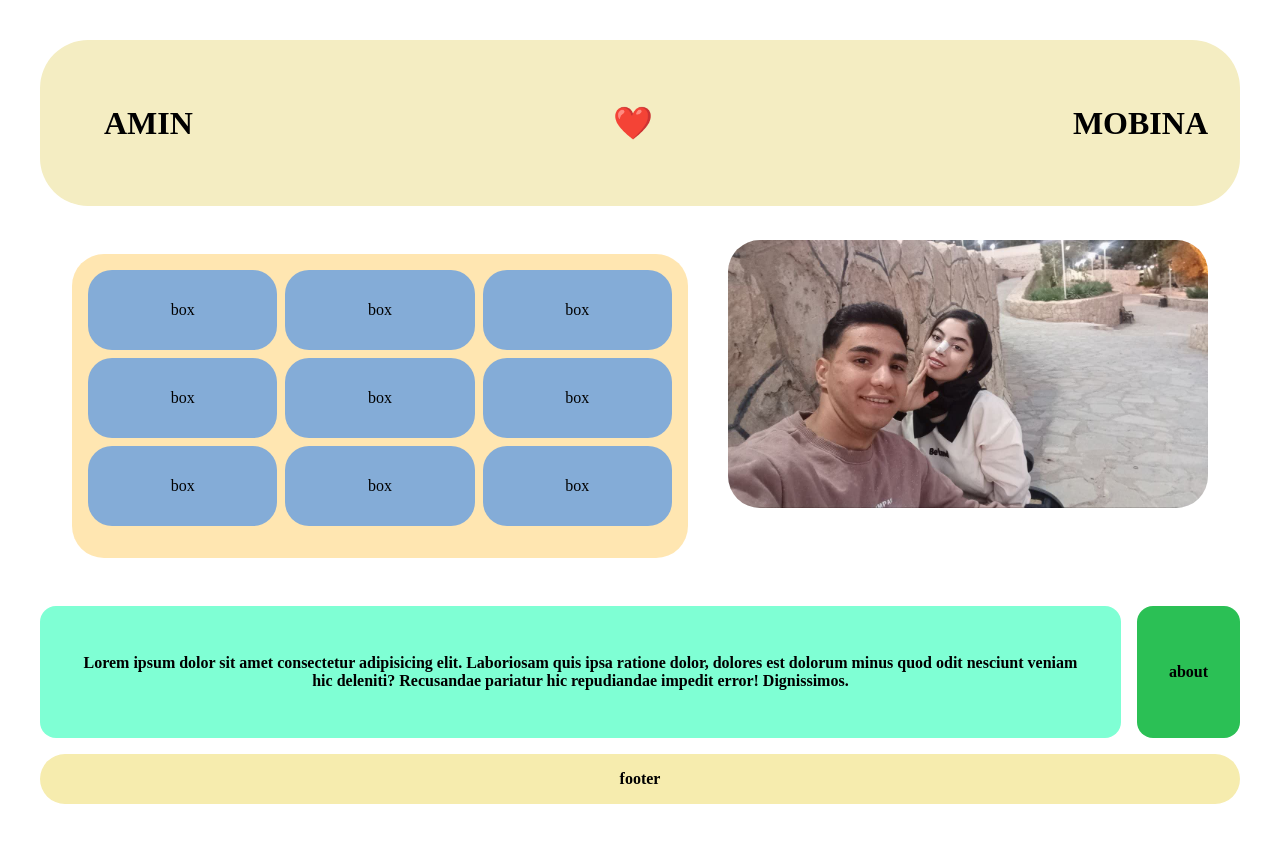
Repository: aminsheikhan/amins-github
Page: ui1.html
An editor plug-in stored every save of this project. The page is shown before and after the next save, followed by the edit.
The browser window is 1280 px wide. The pictures show the whole page.

Above is the page before, as saved 2026-01-07 17:59:18.

### ui1.html
<!DOCTYPE html>
<html lang="en">

<head>
    <meta charset="UTF-8">
    <meta name="viewport"">
    <title>Css Position</title>
    <link rel="stylesheet" href="./ui1.css">

</head>

<body>
    <header class="header">

        <!-- <navbar class="navbar">
            <a href="#">Home</a>
            <a href="#">Courses</a>
            <a href="#">About Me</a>

        </navbar> -->

        <h1 class="Brand">AMIN</h1>
        <h3 class="haert">❤️</h3>
        <h2 class="navbar">MOBINA</h2>

    </header>

    <div class="main">

        <div class="content">
            <div class="course-list">

                <div class="box"><span>box</span></div>
                <div class="box"><span>box</span></div>
                <div class="box"><span>box</span></div>
                <div class="box"><span>box</span></div>
                <div class="box"><span>box</span></div>
                <div class="box"><span>box</span></div>
                <div class="box"><span>box</span></div>
                <div class="box"><span>box</span></div>
                <div class="box"><span>box</span></div>

            </div>
        </div>
        <div class="sidebar">
            <!-- <span>sidebar</span> -->
            <img class="imgg"  src="one.png" alt="hourseoto">

        </div>

    </div>

    <div class="main-second">
        <div class="intro-box">
            <span>about</span>
        </div>

        <div class="about-section">
            <p>Lorem ipsum dolor sit amet consectetur adipisicing elit. Laboriosam quis ipsa ratione dolor, dolores est dolorum minus quod odit nesciunt veniam hic deleniti? Recusandae pariatur hic repudiandae impedit error! Dignissimos.</p>

        </div>

    </div>

    <div class="footer">
        <span>footer</span>
    </div>

</body>

</html>

### ui1.css
html {
    font-size: 100%;
}

body{
    padding: 2rem;
}

.header {
    background-color:#f4edc2 ;
    border-radius: 3rem;
    margin-bottom: 1rem;
    padding: 2rem;
    display: flex;
    align-items: center;
    justify-content: space-between;
}

.header .Brand {
    font-weight: bold;
    font-size: 2rem;
    margin-left: 2rem;
}

.header .haert{
    font-weight: bold;
    font-size: 2rem;
    margin-left: 2rem;
}

.header .navbar {
    font-weight: bold;
    font-size: 2rem;
    margin-left: 2rem;
}

.main {

    padding: 2rem;
    margin-bottom: 1rem;
    border-radius: 3rem;
    display: flex;
    gap: 2.5rem;
}

.sidebar{
    background-color: #2bc055;
    flex-basis: 30%;
    display: flex;
    justify-content: center;
    align-items: center;
    font-size: 1rem;
    font-weight: bold;
    border-radius: 2rem;
    max-width: 30rem;
    max-height: 15rem;
}

.content{
    background-color: rgba(255, 223, 155, 0.779);
    padding: 1rem;
    flex-basis: 70%;
    border-radius: 2rem;
}

.content .course-list{

    flex-wrap: wrap ;
    margin-bottom: 1rem;
    display: flex;
    gap: 0.5rem;
}

.content .course-list .box{
    background-color: rgba(0, 110, 255, 0.483);
    flex-grow: 1;
    display: flex;
    justify-content: center;
    align-items: center;
    height: 5rem;
    border-radius: 1.5rem;
    flex-basis: calc(33.33% - 0.5rem);
}

.main-second {

    margin-bottom: 1rem;
    display: flex;
    flex-direction: row-reverse;
    gap: 1rem;
    text-align: center;

}

.imgg{
    min-height: 100%;
    min-width: 100%;
    border-radius: 2rem;
}

.intro-box{
    background-color: #2bc055;
    padding: 2rem;
    border-radius: 1rem;
    font-weight: bold;
    display: flex;
    align-items: center;
    justify-content: center;
}

.about-section{
    background-color: aquamarine;
    padding: 2rem;
    border-radius: 1rem;
    font-weight: bold;
    display: flex;
    align-items: center;
    justify-content: center;
}

.footer{
    background-color:#f6ecae ;
    margin-bottom: 1rem;
    padding: 1rem;
    text-align: center;
    border-radius: 2rem;
    font-weight: bold;
    justify-content: center;
}

After the next save:
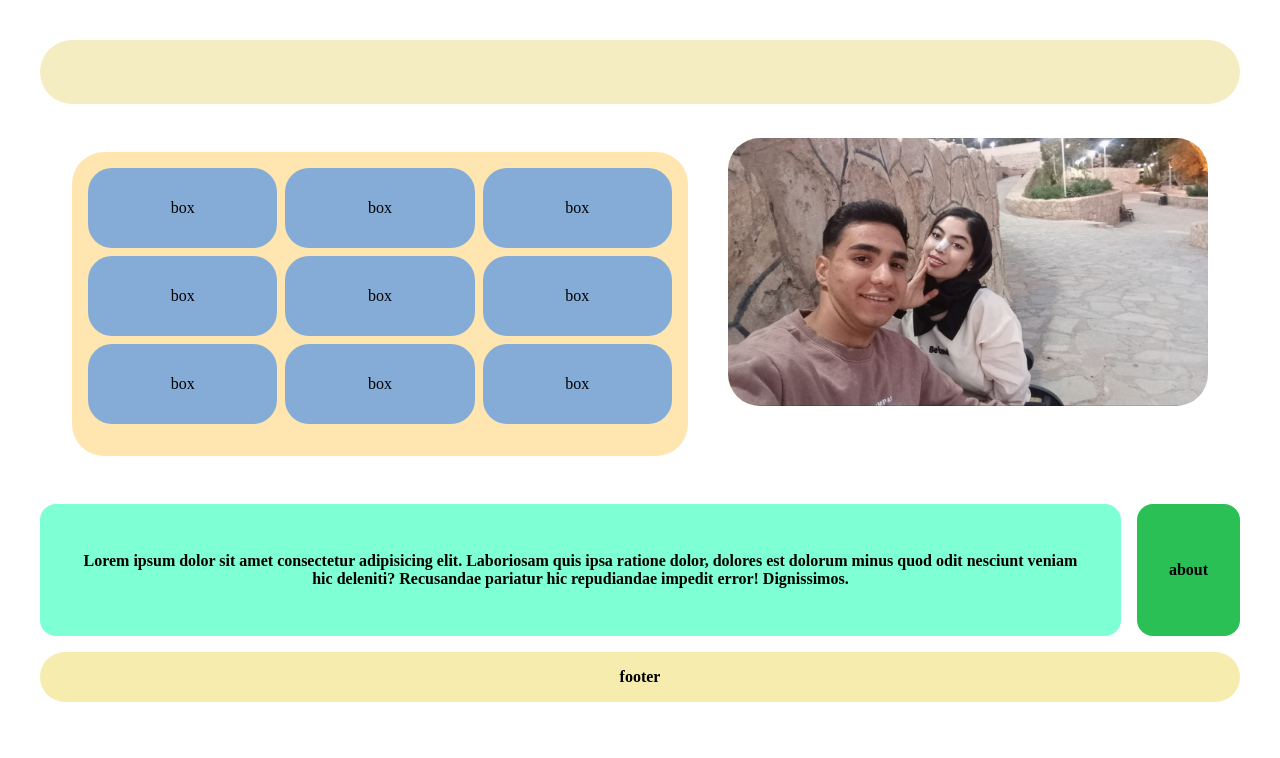
Saved 3 min 58 s later.
--- a/ui1.html
+++ b/ui1.html
@@ -19,9 +19,9 @@
 
         </navbar> -->
 
-        <h1 class="Brand">AMIN</h1>
+        <!-- <h1 class="Brand">AMIN</h1>
         <h3 class="haert">❤️</h3>
-        <h2 class="navbar">MOBINA</h2>
+        <h2 class="navbar">MOBINA</h2> -->
 
     </header>
 
